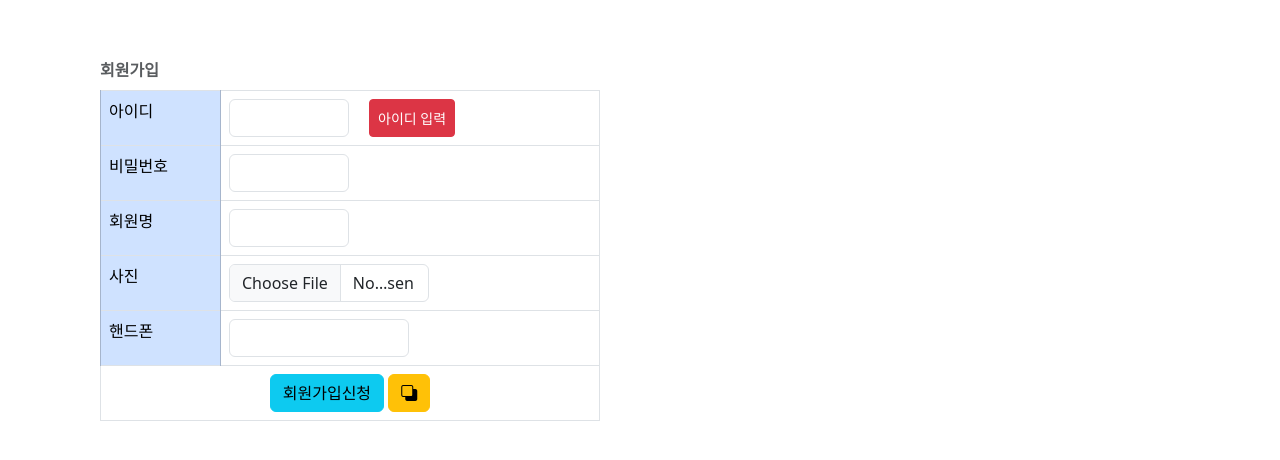
Repository: JunbroGit/SistProject
Page: http://localhost/jsaAjaxProject/mem_gaip/addForm.jsp
These files come from the project's save history. The page is drawn as it stood at one moment and after the next save; the edit follows.
The browser window is 1280 px wide. The pictures show the whole page.
Some web fonts or font styles are not loaded; a fallback is used. The page is served by Tomcat 9. Other server files are loaded and not shown.

Above is the page before, as saved 2024-03-19 02:06:02.

### jspwork/jsaAjaxProject/src/main/webapp/mem_gaip/addForm.jsp
<%@ page language="java" contentType="text/html; charset=UTF-8"
    pageEncoding="UTF-8"%>
<!DOCTYPE html>
<html>
<head>
<meta charset="UTF-8">
<link href="https://cdn.jsdelivr.net/npm/bootstrap@5.3.2/dist/css/bootstrap.min.css" rel="stylesheet">
<link href="https://fonts.googleapis.com/css2?family=Dongle&family=Gaegu&family=Nanum+Myeongjo&family=Nanum+Pen+Script&family=Noto+Sans+KR:wght@100..900&display=swap" rel="stylesheet">
<link rel="stylesheet" href="https://cdn.jsdelivr.net/npm/bootstrap-icons@1.11.3/font/bootstrap-icons.min.css">
<script src="https://code.jquery.com/jquery-3.7.0.js"></script>
<title>Insert title here</title>
<script type="text/javascript">
	function openId(){
		window.open("idSearch.jsp", "idcheck",  "left=100,top=100,width=400,height=200");
	}

	$(function(){

		$("#btnsubmit").click(function(){
			if(mfrm.m_id.value.length==0){
				alert("아이디 입력버튼을 눌러유");
				return false; //form action호출 안됨
			}
		})
	})
</script>
</head>
<body>
<div style="margin: 50px 100px; width: 500px;">
	<form action="addMember.jsp" method="post" enctype="multipart/form-data" name="mfrm">
		<table class="table table-bordered">
			<caption align="top"><b>회원가입</b></caption>
			<tr>
				<td width="120" class="table-primary">아이디</td>
				<td>
					<div class="d-inline-flex">
						<input type="text" class="form-control" style="width: 120px;" name="m_id" readonly="readonly">
						<button type="button" class="btn btn-danger btn-sm" style="margin-left: 20px;" onclick="openId()">아이디 입력</button>
					</div>
				</td>
			</tr>
			<tr>
				<td width="120" class="table-primary">비밀번호</td>
				<td>
					<input type="password" class="form-control" style="width: 120px;" name="m_pass" required="required">
				</td>
			</tr>
			<tr>
				<td width="120" class="table-primary">회원명</td>
				<td>
					<input type="text" class="form-control" style="width: 120px;" name="m_name" required="required">
				</td>
			</tr>
			<tr>
				<td width="120" class="table-primary">사진</td>
				<td>
					<input type="file" class="form-control" style="width: 200px;" name="m_photo">
				</td>
			</tr>
			<tr>
				<td width="120" class="table-primary">핸드폰</td>
				<td>
					<input type="text" class="form-control" style="width: 180px;" name="m_hp" required="required">
				</td>
			</tr>
			<tr>
				<td colspan="2" align="center">
					<button type="submit" class="btn btn-info" id="btnsubmit">회원가입신청</button>
					<button type="button" class="btn btn-warning" onclick="history.back()"><i class="bi bi-back"></i></button>

				</td>
			</tr>
		</table>
	</form>
</div>
</body>
</html>

After the next save:
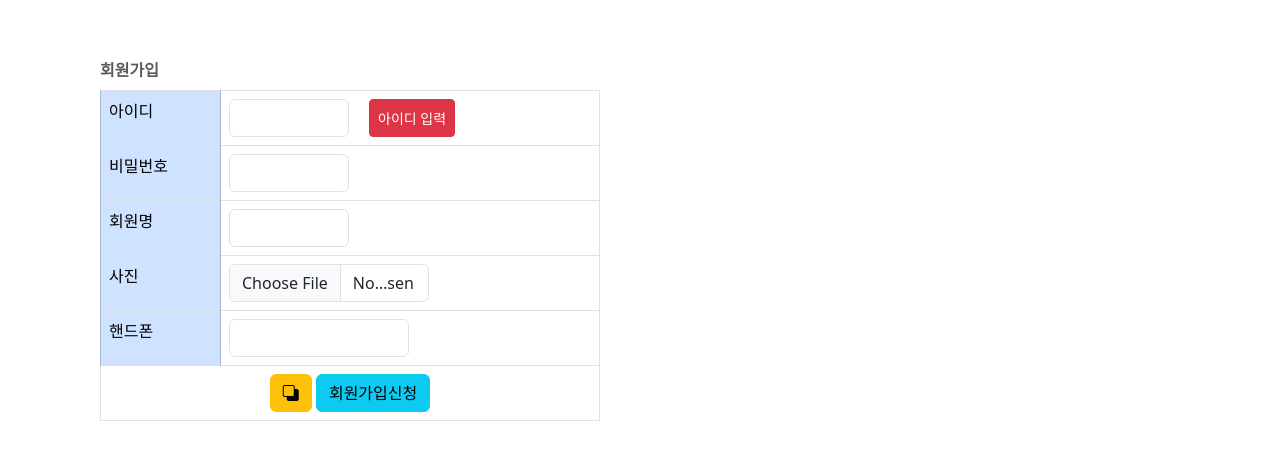
Saved 27 s later.
--- a/jspwork/jsaAjaxProject/src/main/webapp/mem_gaip/addForm.jsp
+++ b/jspwork/jsaAjaxProject/src/main/webapp/mem_gaip/addForm.jsp
@@ -65,9 +65,8 @@
 			</tr>
 			<tr>
 				<td colspan="2" align="center">
+					<button type="button" class="btn btn-warning" onclick="history.back()"><i class="bi bi-back"></i></button>
 					<button type="submit" class="btn btn-info" id="btnsubmit">회원가입신청</button>
-					<button type="button" class="btn btn-warning" onclick="history.back()"><i class="bi bi-back"></i></button>
-
 				</td>
 			</tr>
 		</table>
